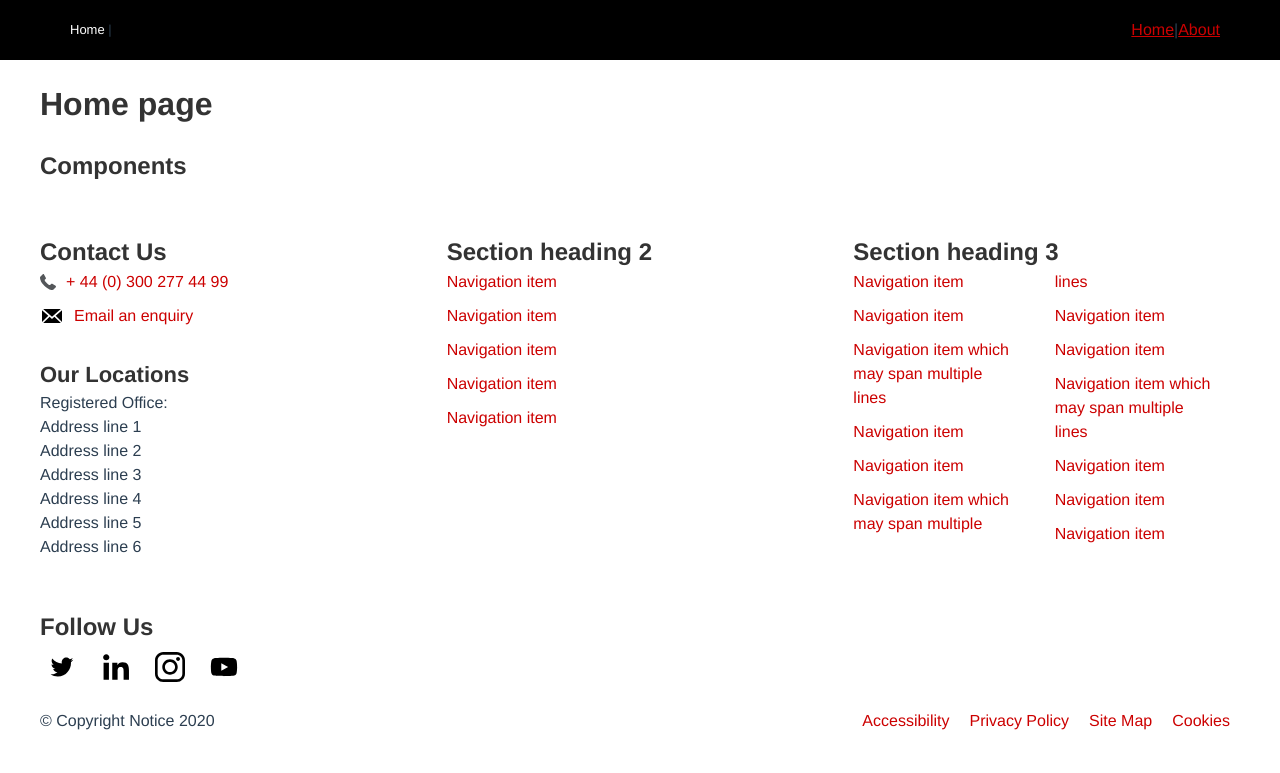
Repository: DaveBaulch/spa
Page: /
The author's editor kept a copy of each file at every save. The page is drawn from the files as they stood at one save, then again after the next save.
The browser window is 1280 px wide. The pictures show the whole page.
The project was rebuilt for these pictures with package versions that can differ from the ones it lists, and the page was loaded fresh each time. Also part of the build but not shown: src/assets/styles/main.css.

Above is the page before, as saved 2020-10-13 12:28:12.

After the next save:
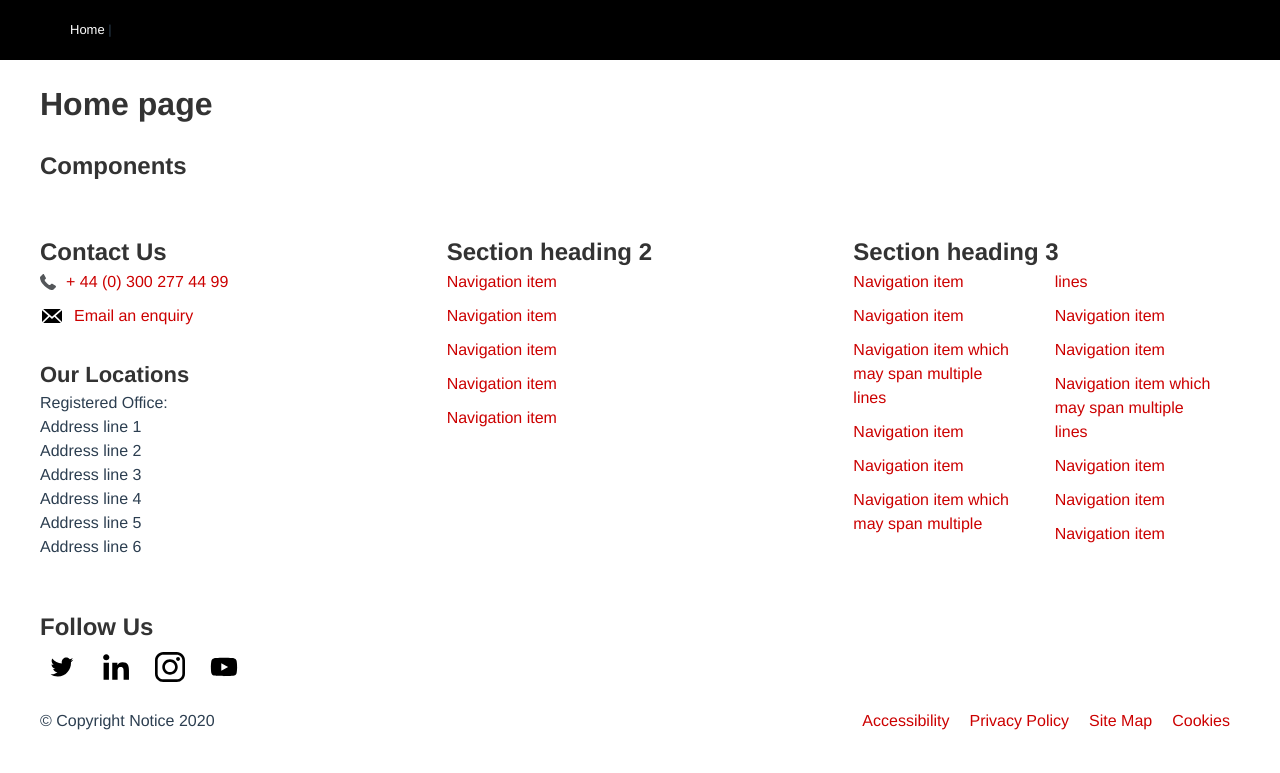
Saved 16 s later.
--- a/src/components/global/TheHeader.vue
+++ b/src/components/global/TheHeader.vue
@@ -68,13 +68,14 @@
 
 .navigation-items {
   display: none;
+
+  @include breakpoint(md) {
+    .navigation-items {
+      display: block;
+    }
+  }
 }
 
-@include breakpoint(md) {
-  .navigation-items {
-    display: block;
-  }
-}
 
 .nav-list {
   list-style: none;

After the 3 saves that followed:
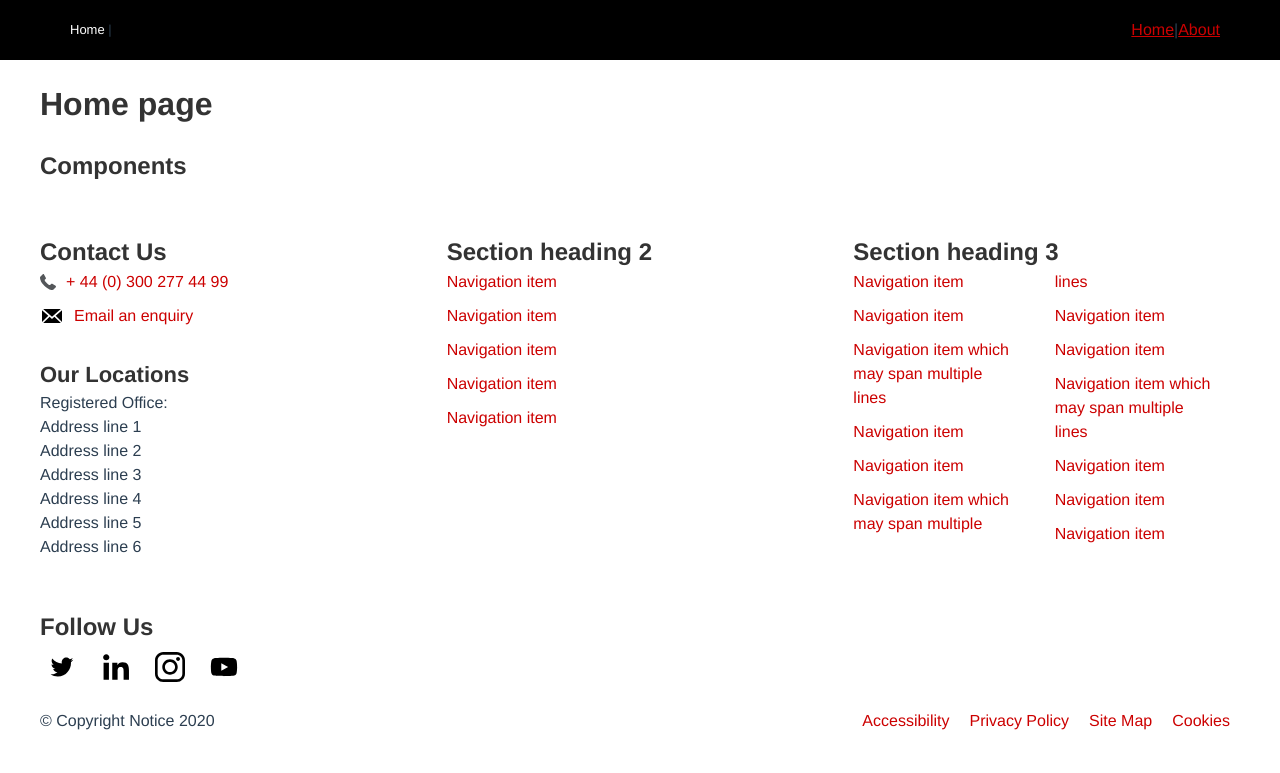
The 3 saves are shown as one change because 2 left the picture as it was.
The last was saved 88 s later.
--- a/src/components/global/TheHeader.vue
+++ b/src/components/global/TheHeader.vue
@@ -70,9 +70,7 @@
   display: none;
 
   @include breakpoint(md) {
-    .navigation-items {
-      display: block;
-    }
+    display: block;
   }
 }
 
@@ -84,7 +82,7 @@
   display: flex;
 }
 
-.nav-item {
+.nav-list__item {
   margin: 0 10px;
 }
 
